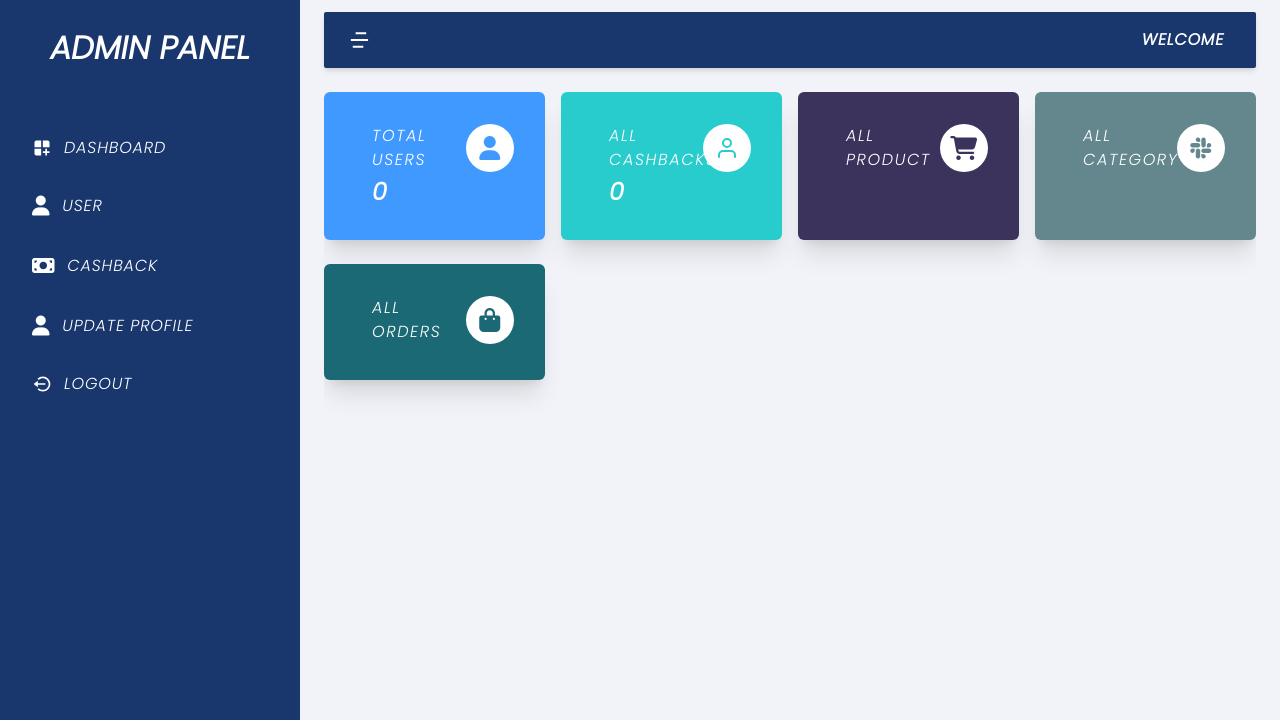
Repository: FlyweisReact/Ankit-Pandey-Admin-Panel
Page: /dashboard
An editor plug-in stored every save of this project. The page is shown before and after a run of saves, followed by the edit.
The browser window is 1280 px wide. The pictures show the whole page.
Some web libraries are served in a nearby version. The project was rebuilt for these pictures with package versions that can differ from the ones it lists, and the page was loaded fresh each time. Also part of the build but not shown: src/Repository/Api.js, src/Screen/Login.jsx, src/Screen/EAdminCustomer.js, src/Screen/EAdmin.js, src/Screen/UpdateProfile.js.

Above is the page before, as saved 2023-06-16 16:20:59.

After the next 2 saves:
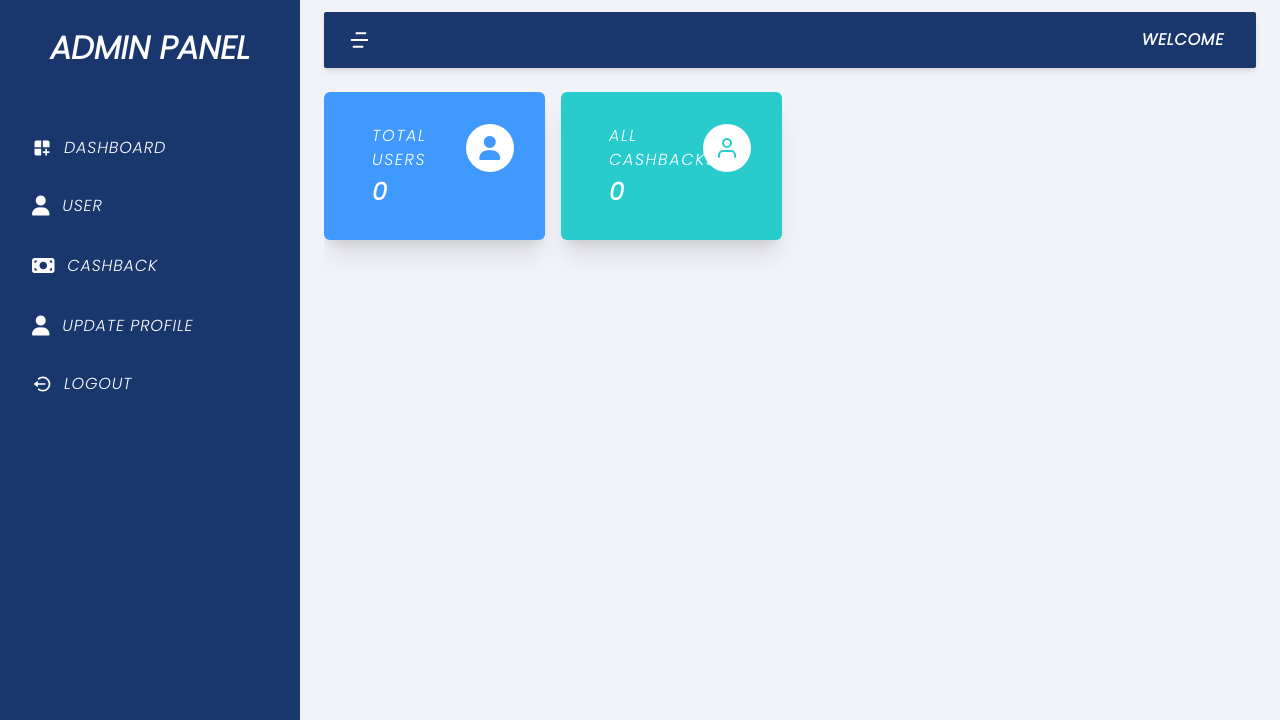
The 2 saves are shown as one change because they came seconds apart.
The last was saved 9 s later.
--- a/src/Screen/Dashboard.js
+++ b/src/Screen/Dashboard.js
@@ -36,34 +36,7 @@ const Dashboard = () => {
       icon: <FiUser className="text-2xl text-[#29cccc]" />,
       bg: "#29cccc",
       link: "/Admin",
-    },
-    {
-      progress: "bg-green-400",
-      title: "All Product",
-      number: productCount,
-      icon: <i class="fa-solid fa-cart-shopping text-2xl text-[#3c335d]"></i>,
-      bg: "#3c335d",
-      link: "/Product",
-    },
-    {
-      progress: "bg-green-400",
-      title: "All category",
-      number: categoryCount,
-      icon: <i className=" fa-brands fa-slack text-2xl text-[#64878e]"></i>,
-      bg: "#64878e",
-      link: "/Category",
-    },
-
-    {
-      progress: "bg-green-400",
-      title: "All orders",
-      number: orderCount,
-      icon: (
-        <i className=" fa-solid fa-bag-shopping text-2xl text-[#1b6975]"></i>
-      ),
-      bg: "#1b6975",
-      link: "/Orders",
-    },
+     }
   ];
   return (
     <>
